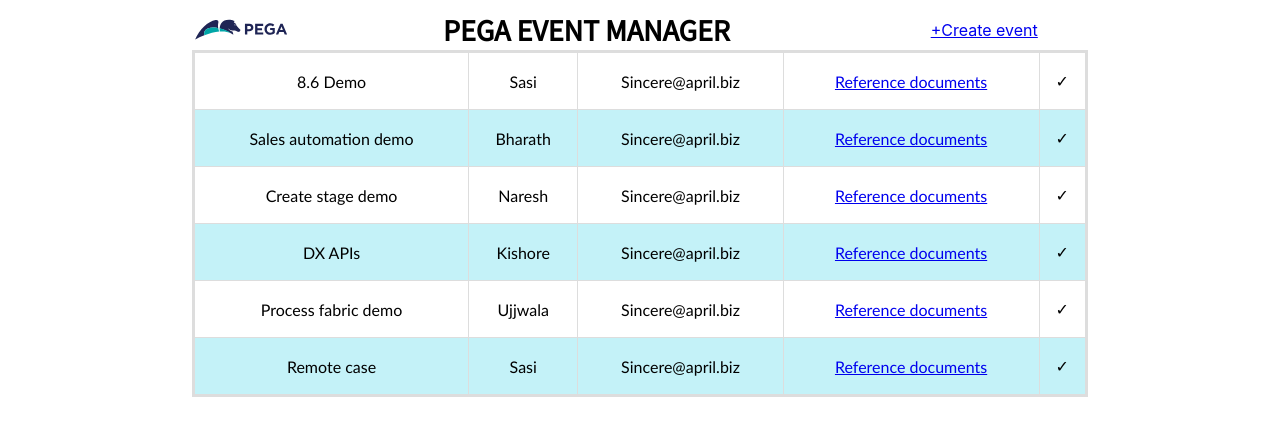
Repository: SasiVeeramachaneni/eventmanager
Page: /
An editor plug-in stored every save of this project. The page is shown before and after the next save, followed by the edit.
The browser window is 1280 px wide. The pictures show the whole page.
The project was rebuilt for these pictures with package versions that can differ from the ones it lists, and the page was loaded fresh each time.

Above is the page before, as saved 2020-09-02 23:50:02.

After the next save:
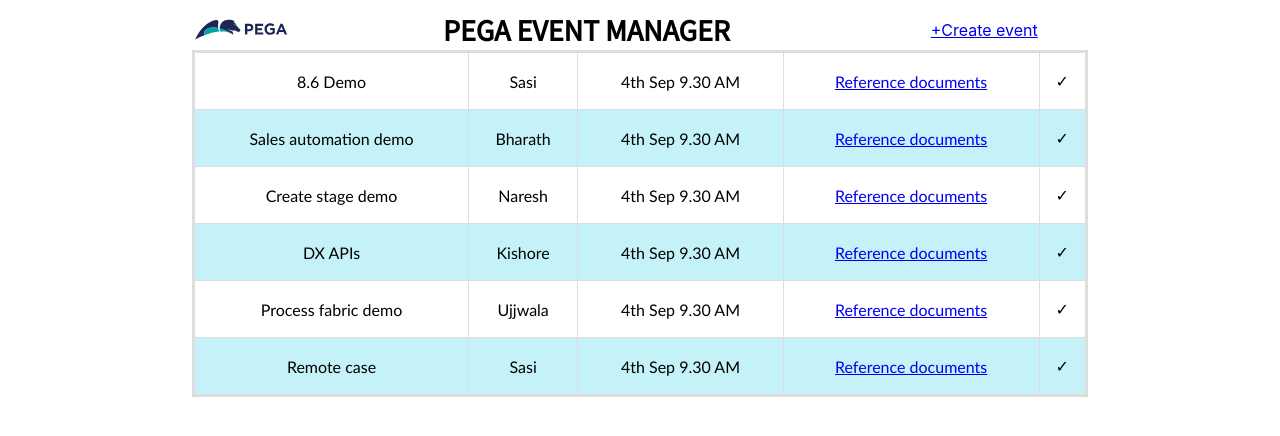
Saved 72 s later.
--- a/src/Events.js
+++ b/src/Events.js
@@ -11,7 +11,7 @@
               id: 1,
               name: "8.6 Demo",
               username: "Sasi",
-              email: "Sincere@april.biz",
+              time: "4th Sep 9.30 AM",
               document: "www.box.com",
               subsribe: true
             },
@@ -19,7 +19,7 @@
               id: 2,
               name: "Sales automation demo",
               username: "Bharath",
-              email: "Sincere@april.biz",
+              time: "4th Sep 9.30 AM",
               document: "www.box.com",
               subsribe: false
 
@@ -28,7 +28,7 @@
               id: 3,
               name: "Create stage demo",
               username: "Naresh",
-              email: "Sincere@april.biz",
+              time: "4th Sep 9.30 AM",
               document: "www.box.com",
               subsribe: false
             },
@@ -36,7 +36,7 @@
                 id: 4,
                 name: "DX APIs",
                 username: "Kishore",
-                email: "Sincere@april.biz",
+                time: "4th Sep 9.30 AM",
                 document: "www.box.com",
                 subsribe: true
             },
@@ -44,7 +44,7 @@
                 id: 5,
                 name: "Process fabric demo",
                 username: "Ujjwala",
-                email: "Sincere@april.biz",
+                time: "4th Sep 9.30 AM",
                 document: "www.box.com",
                 subsribe: false
             },
@@ -52,7 +52,7 @@
                 id: 6,
                 name: "Remote case",
                 username: "Sasi",
-                email: "Sincere@april.biz",
+                time: "4th Sep 9.30 AM",
                 document: "www.box.com",
                 subsribe: true
             },
@@ -62,12 +62,12 @@
 
     renderTableData() {
       return this.state.students.map((student, index) => {
-         const { id, name, username, email } = student //destructuring
+         const { id, name, username, time } = student //destructuring
          return (
             <tr key={id}>
                <td>{name}</td>
                <td>{username}</td>
-               <td>{email}</td>
+               <td>{time}</td>
                <td>
                   <a href="www.box.com" target="_blank" rel="nofollow">
                   Reference documents
